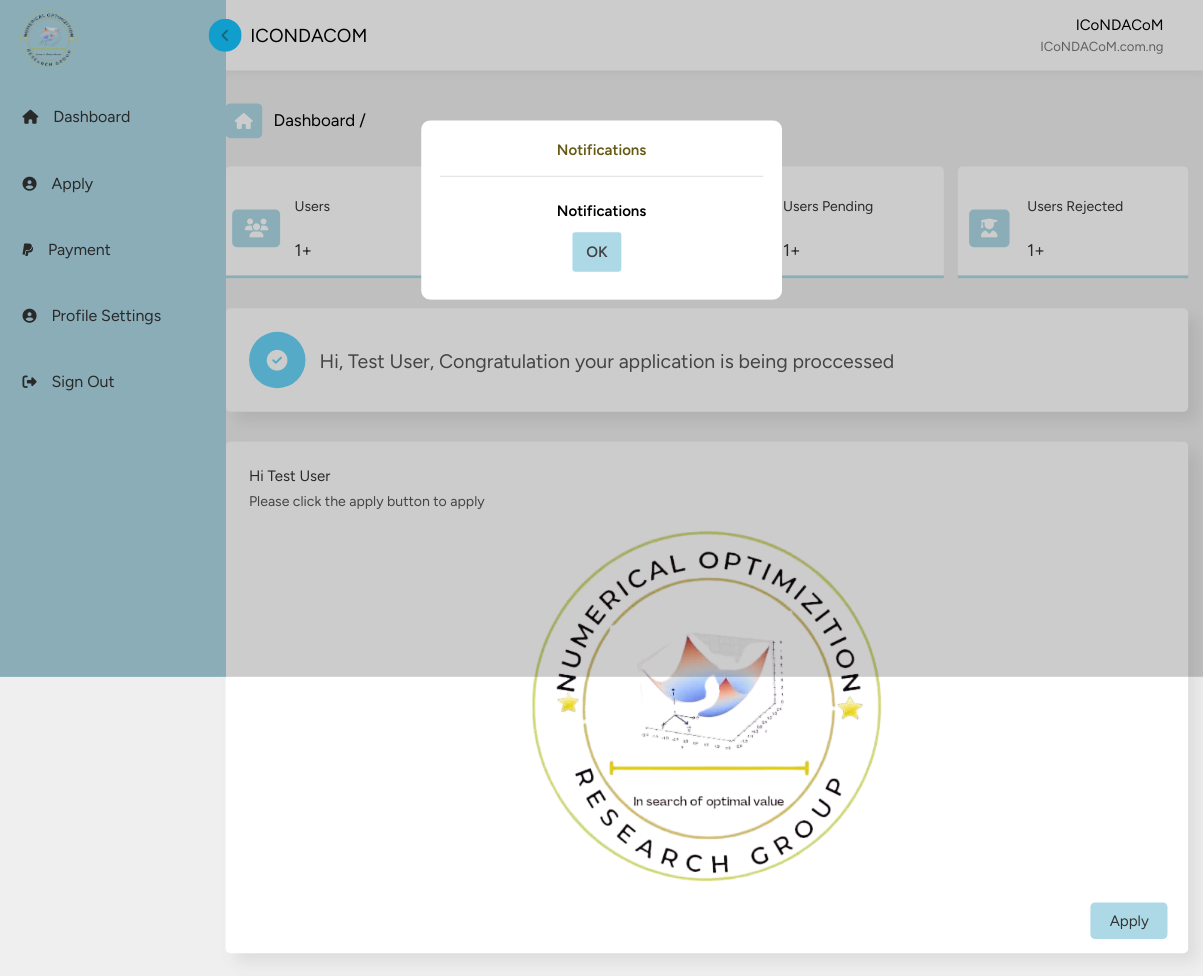
Repository: mrcode-gmb/aa-lectturn
Page: http://localhost/dashboard
An editor plug-in stored every save of this project. The page is shown before and after a run of saves, followed by the edit.
The browser window is 1280 px wide. The pictures show the whole page, at 94% of full size.
The page is served by the project's Laravel application, run on PHP 8.4 with Laravel 10. A made-up administrator, Test User (test@example.com), is signed in. Other server files are loaded and not shown. Queries for data that is not in the repository find no rows.

Above is the page before, as saved 2025-02-07 10:12:04.

### routes/web.php
<?php

use App\Models\User;
use Illuminate\Support\Facades\Mail;
use Illuminate\Support\Facades\Route;
use App\Http\Controllers\ProfileController;
use App\Http\Controllers\ApplyCompetationController;

/*
|--------------------------------------------------------------------------
| Web Routes
|--------------------------------------------------------------------------
|
| Here is where you can register web routes for your application. These
| routes are loaded by the RouteServiceProvider and all of them will
| be assigned to the "web" middleware group. Make something great!
|
*/

Route::get('/', function () {
    return view('welcome');
});

Route::get('/dashboard', function () {
    return view('dashboard',
    [
        "allUsers" => User::where("role",2)->count(),
        "allPendingUsers" => User::where("status",1)->count(),
        "allApprovedUsers" => User::where("status",2)->count(),
        "allRejectedUsers" => User::where("status",3)->count(),
    ]);
})->middleware(['auth', 'verified'])->name('dashboard');

Route::middleware('auth')->group(function () {
    Route::get('/profile', [ProfileController::class, 'edit'])->name('profile.edit');
    Route::patch('/profile', [ProfileController::class, 'update'])->name('profile.update');
    Route::delete('/profile', [ProfileController::class, 'destroy'])->name('profile.destroy');

    Route::controller(ApplyCompetationController::class)->group(function () {
        Route::get("/apply", "index")->name("apply");
        Route::get("/users/applied", "showAppliedUsers")->name("apply.showAppliedUsers");
        Route::get("/users/payment/histories", "showPaymentHistories")->name("apply.showPaymentHistories");
        Route::get("/users/all", "showAlldUsers")->name("all.showAppliedUsers");
        Route::post("apply/store", "store")->name("apply.store");
        Route::post("apply/update", "update")->name("apply.update");
        Route::post("apply/payment-status", "paymentStatus")->name("apply.paymentStatus");
        Route::get("/payment/user", "userPayment")->name("userPayment");
        Route::post("/payment/payment", "userPaymentPayment")->name("userPaymentPayment");
    });
});

require __DIR__ . '/auth.php';

### app/Models/User.php
<?php

namespace App\Models;

// use Illuminate\Contracts\Auth\MustVerifyEmail;
use Illuminate\Database\Eloquent\Factories\HasFactory;
use Illuminate\Foundation\Auth\User as Authenticatable;
use Illuminate\Notifications\Notifiable;
use Laravel\Sanctum\HasApiTokens;

class User extends Authenticatable
{
    use HasApiTokens, HasFactory, Notifiable;

    /**
     * The attributes that are mass assignable.
     *
     * @var array<int, string>
     */
    protected $fillable = [
        'name',
        'email',
        "status",
        'password',
    ];

    /**
     * The attributes that should be hidden for serialization.
     *
     * @var array<int, string>
     */
    protected $hidden = [
        'password',
        'remember_token',
    ];

    /**
     * The attributes that should be cast.
     *
     * @var array<string, string>
     */
    protected $casts = [
        'email_verified_at' => 'datetime',
        'password' => 'hashed',
    ];

    public function userApplied()
    {
        return $this->hasOne(ApplyCompetation::class);
    }
    public function payment()
    {
        return $this->hasOne(Payment::class);
    }
}

### resources/views/dashboard.blade.php
<x-app-layout>
    <div>
        <section id="mainbody">
            <div class="main-body">
                <div class="str">
                    <div class="str-home">
                        <i class="fa fa-home"></i>
                        <div class="db">
                            <h4>Dashboard / &nbsp;</h4>
                            <p></p>
                        </div>
                    </div>
                </div>
                <div>
                    <div class="tabs" id="tabls">
                        <div class="">
                            <div class="container-fluiding">
                                <div class="col-md-3">
                                    <div class="icon-flex">
                                        <div class="left">
                                            <i class="fa fa-users"></i>
                                        </div>
                                        <div class="right">
                                            <h4>Users</h4>
                                            <p class="percent" id="percent">0%</p>
                                        </div>
                                    </div>
                                    <div class="loader">
                                        <div class="shows" id="shows"></div>
                                    </div>
                                </div>
                                <div class="col-md-3">
                                    <div class="icon-flex">
                                        <div class="left">
                                            <i class="fa fa-hand-point-right"></i>
                                        </div>
                                        <div class="right">
                                            <h4>Users Approved</h4>
                                            <p class="percent" id="percent1">0%</p>
                                        </div>
                                    </div>
                                    <div class="loader">
                                        <div class="shows" id="shows1"></div>
                                    </div>
                                </div>
                                <div class="col-md-3">
                                    <div class="icon-flex">
                                        <div class="left">
                                            <i class="fa fa-money-check-alt"></i>
                                        </div>
                                        <div class="right">
                                            <h4>Users Pending</h4>
                                            <p class="percent" id="percent2">0%</p>
                                        </div>
                                    </div>
                                    <div class="loader">
                                        <div class="shows" id="shows2"></div>
                                    </div>
                                </div>
                                <div class="col-md-3">
                                    <div class="icon-flex">
                                        <div class="left">
                                            <i class="fa fa-user-graduate"></i>
                                        </div>
                                        <div class="right">
                                            <h4>Users Rejected</h4>
                                            <p class="percent" id="percent3">0%</p>
                                        </div>
                                    </div>
                                    <div class="loader">
                                        <div class="shows" id="shows3"></div>
                                    </div>
                                </div>
                            </div>
                        </div>
                        <x-auth-session-status class="mb-4" :status="session('status')" />
                        @if (Auth::user()->status != 0)
                            @if (Auth::user()->status == 1)
                                <div class="full-chart">
                                    <div class="chart-title flex-class">
                                        <div class="circle-pending">
                                            <i class="fa fa-check-circle"></i>
                                        </div>
                                        <div class="circle-text">
                                            <p>Hi, {{ Auth::user()->name }}, Congratulation your application is being
                                                proccessed </p>
                                        </div>
                                    </div>
                                </div>
                            @elseif (Auth::user()->status == 2)
                                <div class="full-chart">
                                    <div class="chart-title flex-class">
                                        <div class="circle-success">
                                            <i class="fa fa-check-circle"></i>
                                        </div>
                                        <div class="circle-text">
                                            <p>Hi, {{ Auth::user()->name }}, Congratulation your application has been
                                                approved.
                                            </p>
                                        </div>
                                    </div>
                                </div>
                            @elseif (Auth::user()->status == 3)
                                <div class="full-chart">
                                    <div class="chart-title flex-class">
                                        <div class="circle-rejected">
                                            <i class="fa fa-check-circle"></i>
                                        </div>
                                        <div class="circle-text">
                                            <p>Hi, {{ Auth::user()->name }}, Sorry your application cannot be
                                                considered.
                                            </p>
                                        </div>
                                    </div>
                                </div>
                            @else
                            @endif
                        @endif
                    </div>
                </div>

                @if (Auth::user()->role == 1)
                    <div>
                        <div class="tabs" id="tabls">
                            <div class="full-chart">
                                <div class="chart-title">
                                    <h3>Hi {{ Auth::user()->name }} (Super Admin)</h3>
                                    <p>Please click the manage users button to view, approved, or reject user who apply
                                    </p>
                                </div>
                                <div class="dont-have">
                                    <img src="{{ asset('asset/photos/WhatsApp_Image_2024-10-23_at_8.20.45_PM-removebg-preview.png') }}"
                                        alt="">
                                </div>
                                <div class="create-app">
                                    <a href="apply">
                                        Manage Users
                                    </a>
                                </div>
                            </div>
                            <br>
                        </div>
                    </div>
                @else
                    <div>
                        <div class="tabs" id="tabls">
                            <div class="full-chart">
                                <div class="chart-title">
                                    <h3>Hi {{ Auth::user()->name }}</h3>
                                    <p>Please click the apply button to apply</p>
                                </div>
                                <div class="dont-have">
                                    <img src="{{ asset('asset/photos/WhatsApp_Image_2024-10-23_at_8.20.45_PM-removebg-preview.png') }}"
                                        alt="">
                                </div>
                                <div class="create-app">
                                    <a href="apply">
                                        Apply
                                    </a>
                                </div>
                            </div>
                            <br>
                        </div>
                    </div>
                @endif
                <!-- end design dashboard content  -->
            </div>
        </section>
    </div>
    <div class="modal d-nones text-center font-bold" id="modal">
        <div class="modal-dialog">
            <div class="modal-head">
                <p><b>Notifications</b> </p>
            </div>
            <form class="modal-body">
                <p><b>Notifications</b> </p>
                <div class="modal-footer text-center">
                    <button type="button" onclick="closeModal()">OK</button>
                </div>
            </form>
        </div>
    </div>
    <script>
        window.onload = () => {
            let loader = document.querySelector(".shows"),
                percent = document.querySelector("#percent");

            let loaderStart = 0,
                loaderEnd = {{ $allUsers < 1 ? 1 : $allUsers }},
                loaderTime = 60;

            let start = setInterval(() => {
                loaderStart++;

                percent.textContent = loaderStart + '+';
                loader.style.width = `${loaderStart}`;
                loader.style.background = `rgb(173, 216, 230)`;


                if (loaderStart == loaderEnd) {
                    clearInterval(start);
                }
            }, loaderTime);


            let loader1 = document.querySelector("#shows1"),
                percent1 = document.querySelector("#percent1");

            let loaderStart1 = 0,
                loaderEnd1 = {{ $allApprovedUsers < 1 ? 1 : $allApprovedUsers }},
                loaderTime1 = 60;

            let start1 = setInterval(() => {
                loaderStart1++;

                percent1.textContent = loaderStart1 + '+';
                loader1.style.width = `${loaderStart1}`;
                loader1.style.background = `rgb(173, 216, 230)`;


                if (loaderStart1 == loaderEnd1) {
                    clearInterval(start1);
                }
            }, loaderTime1);




            let loader2 = document.querySelector("#shows2"),
                percent2 = document.querySelector("#percent2");

            let loaderStart2 = 0,
                loaderEnd2 = {{ $allPendingUsers < 1 ? 1 : $allPendingUsers }},
                loaderTime2 = 60;

            let start2 = setInterval(() => {
                loaderStart2++;

                percent2.textContent = loaderStart2 + '+';
                loader2.style.width = `${loaderStart2}`;
                loader2.style.background = `rgb(173, 216, 230)`;


                if (loaderStart2 == loaderEnd2) {
                    clearInterval(start2);
                }
            }, loaderTime2);


            let loader3 = document.querySelector("#shows3"),
                percent3 = document.querySelector("#percent3");

            let loaderStart3 = 0,
                loaderEnd3 = {{ $allRejectedUsers < 1 ? 1 : $allRejectedUsers }},
                loaderTime3 = 60;

            let start3 = setInterval(() => {
                loaderStart3++;

                percent3.textContent = loaderStart3 + '+';
                loader3.style.width = `${loaderStart3}`;
                loader3.style.background = `rgb(173, 216, 230)`;


                if (loaderStart3 == loaderEnd3) {
                    clearInterval(start3);
                }
            }, loaderTime3);

        }
    </script>
</x-app-layout>

### resources/views/components/auth-session-status.blade.php
@props(['status'])

@if ($status)
    <div {{ $attributes->merge(['class' => 'font-medium text-sm text-green-600 dark:text-green-400 alert-success']) }}>
        <i class="fa fa-check-circle"></i>&nbsp;{{ $status }}
    </div>
@endif

### resources/views/layouts/navigation.blade.php
<div>
    <section id="sidebarandheader">
        <div class="main">
            <div class="header-sidebar">
                <header id="header">
                    <div class="header-flex">
                        <div class="header-left">
                            <h4>ICoNDACoM</h4>
                        </div>
                        <div class="header-right">
                            <h4>ICoNDACoM</h4>
                            <p>ICoNDACoM.com.ng</p>
                        </div>
                    </div>
                </header>

                <div class="header-mobile">
                    <div class="header-with">
                        <div class="mobile-header">
                            <img src="{{asset('asset/photos/WhatsApp_Image_2024-10-23_at_8.20.45_PM-removebg-preview.png')}}" alt="">
                            <p>ICoNDACoM</p>
                        </div>
                        <div class="mobile-menu mobile-margin" id="openmobilebar" onclick="openMobileMenu()">
                            <i class="fa fa-angle-right"></i>
                        </div>
                    </div>
                </div>

                <div class="navbar">
                    <div class="nav-right">
                        <div class="nav-top">
                            <div class="nav-brand">
                                <img src="{{ asset('asset/photos/WhatsApp_Image_2024-10-23_at_8.20.45_PM-removebg-preview.png') }}" alt="Logo" />
                            </div>
                            <div class="nav-open" id="closesidebar" onclick="toggleSidebar(false, event)">
                                <i class="fa fa-angle-left"></i>
                            </div>
                            <div class="nav-open" id="opensidebar" onclick="toggleSidebar(true, event)">
                                <i class="fa fa-angle-right"></i>
                            </div>
                            <div class="mobile-menu" id="closemobilebar" onclick="closeMobileMenu()">
                                <i class="fa fa-angle-left"></i>
                            </div>
                        </div>
                    </div>
                    <div class="navbar-nav">
                        <li>
                            <a href="{{ route('dashboard') }}">
                                <div class="link-hover">
                                    <i class="fa fa-home"></i>
                                    <span>Dashboard</span>
                                </div>
                            </a>
                        </li>
                        <div v-else-if="$page.props.auth.user.role == '2'">
                            @if (Auth::user()->role == 1)
                                <li>
                                    <a href="{{ route('all.showAppliedUsers') }}">
                                        <div class="link-hover">
                                            <i class="fa fa-users"></i>
                                            <span>All Users</span>
                                        </div>
                                    </a>
                                </li>
                                <li>
                                    <a href="{{ route('apply.showAppliedUsers') }}">
                                        <div class="link-hover">
                                            <i class="fa fa-users"></i>
                                            <span>Applicants</span>
                                        </div>
                                    </a>
                                </li>
                                <li>
                                    <a href="{{ route('apply.showPaymentHistories') }}">
                                        <div class="link-hover">
                                            <i class="fa fa-brands fa-paypal"></i>
                                            <span>Payment Records</span>
                                        </div>
                                    </a>
                                </li>
                            @else
                                <li>
                                    <a href="/apply">
                                        <div class="link-hover">
                                            <i class="fa fa-user-circle"></i>
                                            <span>Apply</span>
                                        </div>
                                    </a>
                                </li>
                                <li>
                                    <a href="{{route('userPayment')}}">
                                        <div class="link-hover">
                                            <i class="fa fa-brands fa-paypal"></i>
                                            <span>Payment</span>
                                        </div>
                                    </a>
                                </li>
                            @endif
                            <li>
                                <a href="{{ route('profile.edit') }}">
                                    <div class="link-hover">
                                        <i class="fa fa-user-circle"></i>
                                        <span>Profile Settings</span>
                                    </div>
                                </a>
                            </li>
                        </div>
                        <li>
                            <form method="POST" action="{{ route('logout') }}">
                                @csrf

                                <a href="{{ route('logout') }}"
                                    onclick="event.preventDefault();
                                        this.closest('form').submit();">
                                    <div class="link-hover">
                                        <i class="fa fa-sign-out-alt"></i>
                                        <span>Sign Out</span>

                                    </div>
                                </a>
                            </form>
                        </li>
                    </div>
                </div>
            </div>
        </div>
    </section>
</div>

Loaded but not shown: routes/auth.php (common file); app/Http/Controllers/Auth/EmailVerificationPromptController.php (common file); app/Http/Controllers/Controller.php (common file); app/Http/Controllers/Auth/VerifyEmailController.php (common file); app/View/Components/AppLayout.php (common file); public/asset/fontawesome-free/css/all.min.css (library); public/asset/fontawesome-free/css/all.css (library); public/asset/styles.css (1619 lines, source omitted); public/asset/form.css (503 lines, source omitted); resources/views/layouts/app.blade.php (123 lines, source omitted)

After the next 2 saves:
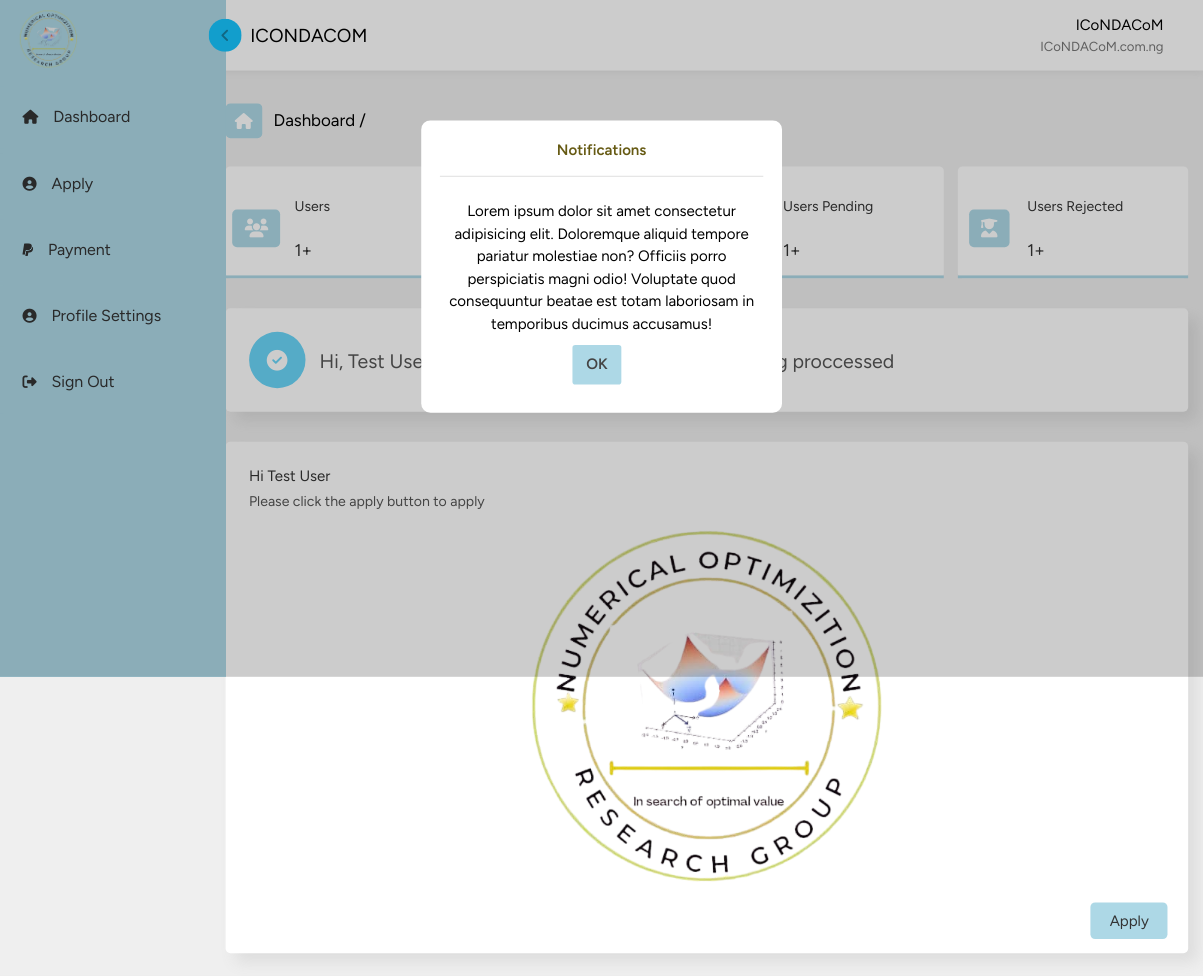
The 2 saves are shown as one change because they came seconds apart.
The last was saved 9 s later.
--- a/resources/views/dashboard.blade.php
+++ b/resources/views/dashboard.blade.php
@@ -173,7 +173,9 @@
                 <p><b>Notifications</b> </p>
             </div>
             <form class="modal-body">
-                <p><b>Notifications</b> </p>
+                <p>
+                    Lorem ipsum dolor sit amet consectetur adipisicing elit. Doloremque aliquid tempore pariatur molestiae non? Officiis porro perspiciatis magni odio! Voluptate quod consequuntur beatae est totam laboriosam in temporibus ducimus accusamus!
+                </p>
                 <div class="modal-footer text-center">
                     <button type="button" onclick="closeModal()">OK</button>
                 </div>
